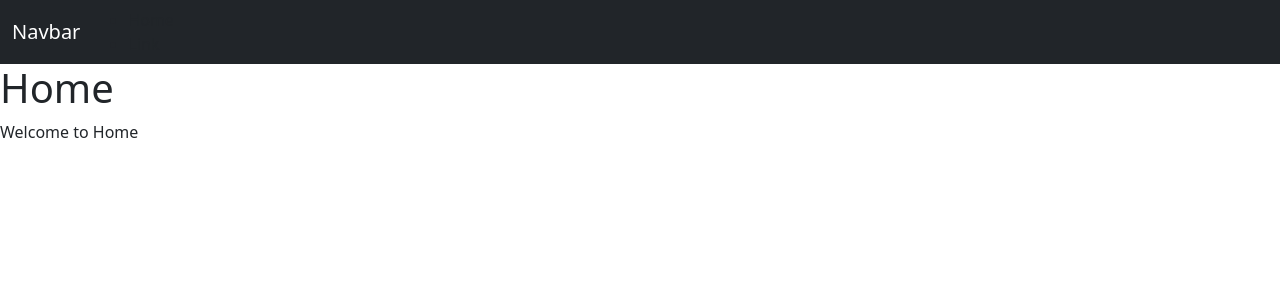
Repository: BlessingAjiboye/WEEK3DEP
Page: http://localhost/
An editor plug-in stored every save of this project. The page is shown before and after the next save, followed by the edit.
The browser window is 1280 px wide. The pictures show the whole page.
The page is served by the project's Node server (server.js).

Above is the page before, as saved 2022-09-20 12:48:03.

After the next save:
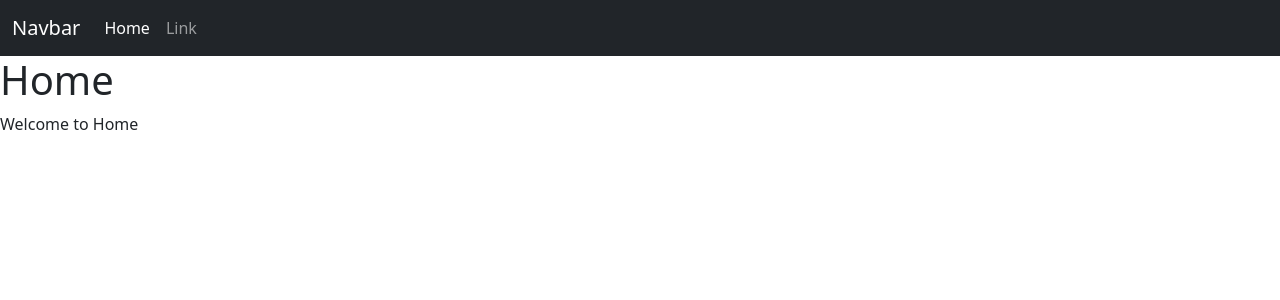
Saved 14 s later.
--- a/views/index.ejs
+++ b/views/index.ejs
@@ -18,7 +18,7 @@
         <span class="navbar-toggler-icon"></span>
       </button>
       <div class="collapse navbar-collapse" id="navbarSupportedContent">
-        <ul class="navbar-nav-max mr-auto mb-2 mb-lg-0">
+        <ul class="navbar-nav mr-auto mb-2 mb-lg-0">
           <li class="nav-item">
             <a class="nav-link active" aria-current="page" href="#">Home</a>
           </li>
